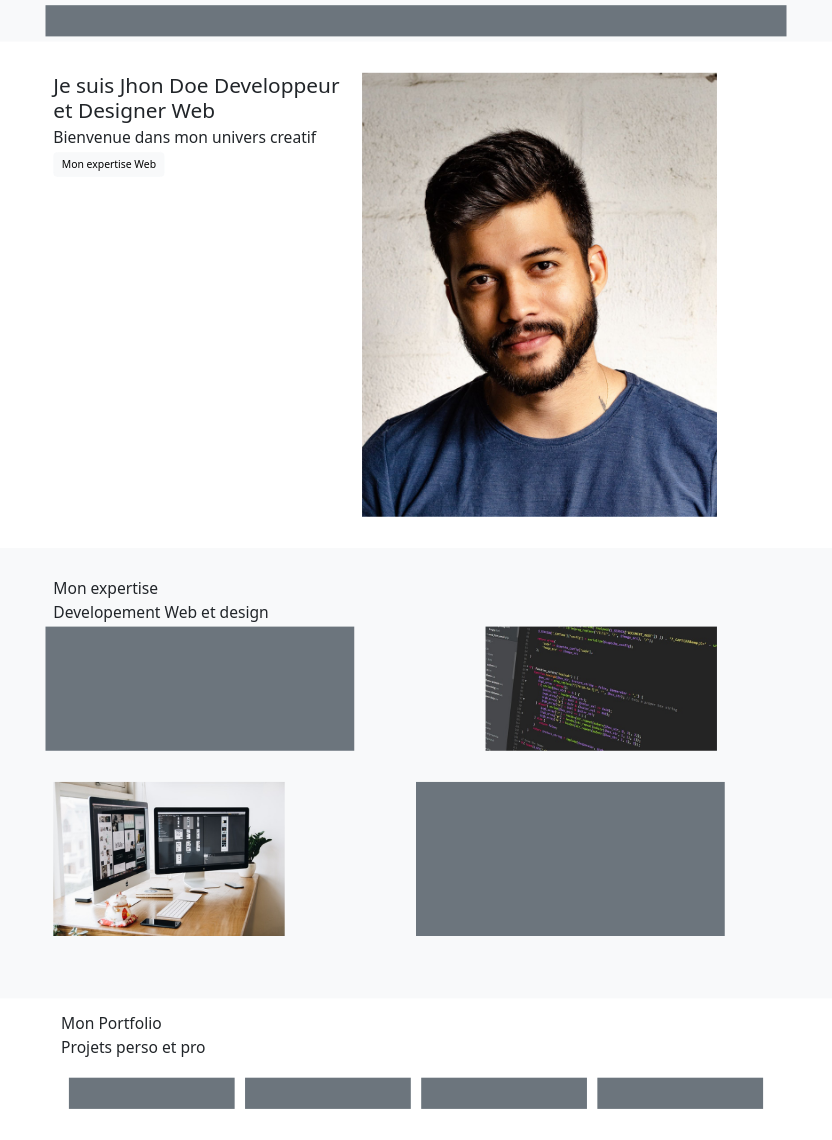
Repository: wadelfadill/Bootstrap_tache_1_portfolio
Page: index.html
The author's editor kept a copy of each file at every save. The page is drawn from the files as they stood at one save, then again after the next save.
The browser window is 1280 px wide. The pictures show the whole page, at 65% of full size.

Above is the page before, as saved 2023-03-27 13:10:40.

### index.html
<!DOCTYPE html>
<html lang="en">
<head>
    <meta charset="UTF-8">
    <meta http-equiv="X-UA-Compatible" content="IE=edge">
    <meta name="viewport" content="width=device-width, initial-scale=1.0">
    <title>Portfolio_Bootstrap</title>
    <link href="https://cdn.jsdelivr.net/npm/bootstrap@5.3.0-alpha2/dist/css/bootstrap.min.css" rel="stylesheet" integrity="sha384-aFq/bzH65dt+w6FI2ooMVUpc+21e0SRygnTpmBvdBgSdnuTN7QbdgL+OapgHtvPp" crossorigin="anonymous">
    <link rel="stylesheet" href="style.css">
</head>
<body>
    <header>
        <nav class="navbar bg-light container-fluid">
            <div class="container bg-secondary py-4">

            </div>
        </nav>
    </header>
    <main>
        <section class="my-5">
            <div class="container">
                <div class="row">
                    <div class="col-5">
                        <p class="h2">Je suis Jhon Doe Developpeur et Designer Web</p>
                        <p class="h4">Bienvenue dans mon univers creatif</p>
                        <a class="btn btn-light" href="#" role="button">Mon expertise Web</a>

                    </div>
                    <div class="col-6">
                        <img src="img/portrait.jpg" alt="profile de Jhon Doe" class="w-100">
                    </div>
                </div>
            </div>
        </section>
        <section>
            <div class="container-fluid bg-light py-5 mt-5">
                <div class="container ">
                 <p class="h4">Mon expertise</p>
                 <p class="h4">Developement Web et design</p>
                <div class="row">
                    <div class="col-5 bg-secondary">

                    </div>
                    <div class="col-2"></div>
                    <div class="col-4">
                        <img src="img/code.jpg" alt="" class="w-100">
                    </div>
                </div>
                <div class="row my-5">
                    <div class="col-4">
                        <img src="img/design.jpg" alt="" class="w-100">
                    </div>
                    <div class="col-2"></div>
                    <div class="col-5 bg-secondary">

                    </div>
                </div>
             </div>
        </section>
        <section class="container">
            <div class="container my-4">
                <p class="h4">Mon Portfolio</p>
                <p class="h4">Projets perso et pro</p>
                <div class="row gap-3 p-4">
                    <div class="col bg-secondary py-4"></div>
                    <div class="col bg-secondary py-4"></div>
                    <div class="col bg-secondary py-4"></div>
                    <div class="col bg-secondary py-4"></div>
                </div>
            </div>
        </section>
        <section></section>
    </main>



</body>
</html>

Loaded but not shown: style.css (no stored copy; drawn as an empty file)

After the next save:
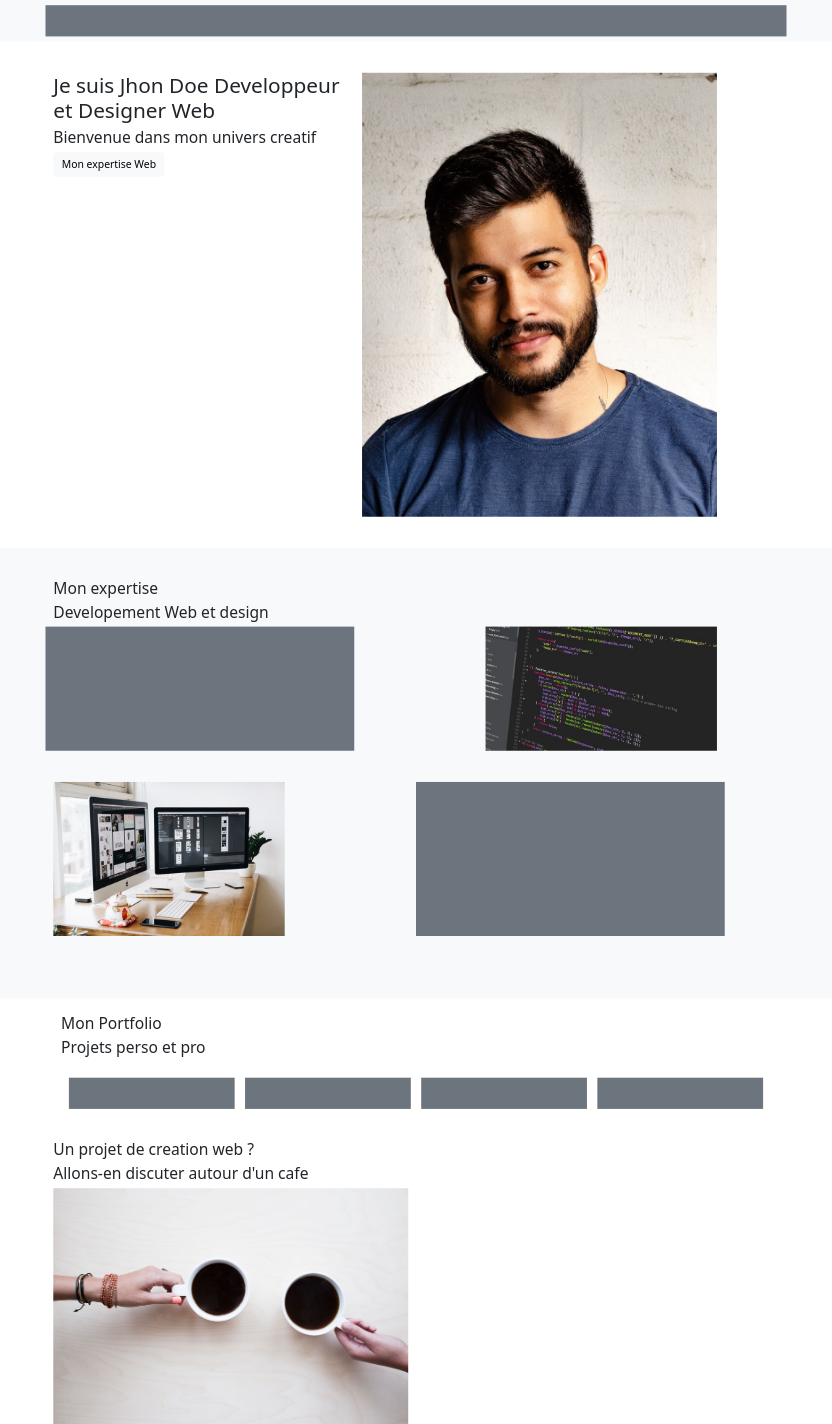
Saved 3 min 13 s later.
--- a/index.html
+++ b/index.html
@@ -69,7 +69,18 @@
                 </div>
             </div>
         </section>
-        <section></section>
+        <section>
+            <div class="container">
+                <p class="h4">Un projet de creation web ?</p>
+                <p class="h4">Allons-en discuter autour d'un cafe</p>
+                <div class="row">
+                    <div class="col">
+                        <img src="img/grab-a-coffee.jpg" class="w-100" alt="">
+                    </div>
+                    <div class="col"></div>
+                </div>
+            </div>
+        </section>
     </main>
 
 
